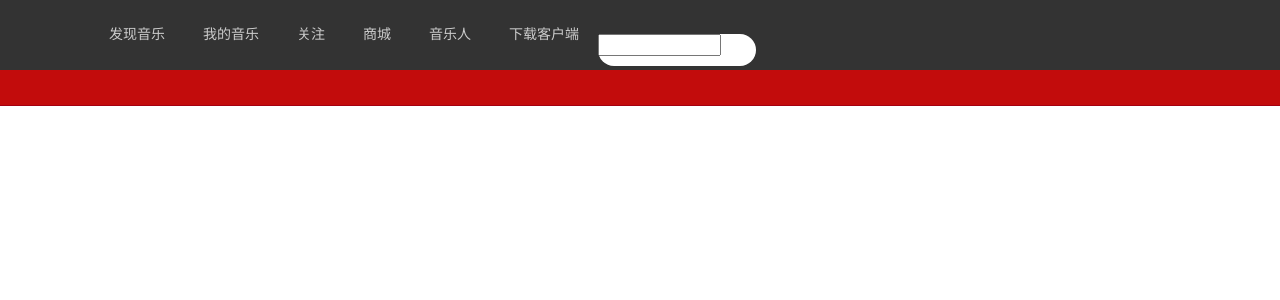
Repository: xtcgjk/-
Page: /
The author's editor kept a copy of each file at every save. The page is drawn from the files as they stood at one save, then again after the next save.
The browser window is 1280 px wide. The pictures show the whole page.
The project was rebuilt for these pictures with package versions that can differ from the ones it lists, and the page was loaded fresh each time.

Above is the page before, as saved 2022-02-23 16:27:36.

### index.html
<!DOCTYPE html>
<html>
  <head>
    <meta charset="utf-8" />
    <meta name="viewport" content="width=device-width,initial-scale=1.0" />
    <title>vue-music</title>
  </head>
  <body>
    <div id="app"></div>
    <!-- built files will be auto injected -->
  </body>
</html>
<style>
  body {
    margin: 0;
    padding: 0;
  }
</style>

### src/main.js
// The Vue build version to load with the `import` command
// (runtime-only or standalone) has been set in webpack.base.conf with an alias.
import Vue from "vue";
import App from "./App";
import router from "./routers";
import http from "./axios/index";
import ElementUI from "element-ui";
import "element-ui/lib/theme-chalk/index.css";

Vue.use(ElementUI);
Vue.prototype.$http = http;

/* eslint-disable no-new */
new Vue({
  el: "#app",
  router,
  components: { App },
  template: "<App/>"
});

### src/App.vue
<template>
  <div id="app">
    <router-view></router-view>
  </div>
</template>

<script>
export default {
  name: "App",
  components: {},
};
</script>

<style>
/* #app {
  font-family: "Avenir", Helvetica, Arial, sans-serif;
  -webkit-font-smoothing: antialiased;
  -moz-osx-font-smoothing: grayscale;
  text-align: center;
  color: #2c3e50;
  margin-top: 60px;
} */
</style>

### src/routers/index.js
import Vue from "vue";
import VueRouter from "vue-router";
Vue.use(VueRouter);
const router = new VueRouter({
  mode: "history",
  routes: [
    {
      path: "/",
      redirect: "/music"
    },
    {
      path: "/music",
      component: () => import("@/views/music")
    }
  ]
});

export default router;

### src/axios/index.js
function http(userOptions) {
  console.log("成功了");
}

### src/views/music/index.vue
<template>
  <div id="container">
    <div></div>
    <Header />
    <Header2 />
  </div>
</template>

<script>
import Header from "../../components/header";
import Header2 from "../../components/header2";
export default {
  components: {
    Header,
    Header2,
  },
};
</script>
<style scoped>
</style>

### src/components/header/index.vue
<template>
  <div id="wrapper">
    <div id="header">
      <router-link to="">发现音乐</router-link>
      <router-link to="">我的音乐</router-link>
      <router-link to="">关注</router-link>
      <router-link to="">商城</router-link>
      <router-link to="">音乐人</router-link>
      <router-link to="">下载客户端</router-link>
      <div id="search">
        <input type="text" style="width: 115px; height: 16px" />
      </div>
    </div>
  </div>
</template>

<script>
export default {
  name: "Header",
  data() {
    return {};
  },
};
</script>
<style scoped>
#wrapper {
  background-color: #333;
}
#header {
  width: 1100px;
  height: 70px;
  background-color: #333;
  margin: auto;
}
a {
  text-decoration: none;
  color: #ccc;
  font-style: normal;
  font-size: 14px;
  height: 70px;
  line-height: 70px;
  display: inline-block;
  padding: 0 19px;
}
#search {
  width: 158px;
  height: 32px;
  background-color: #fff;
  border-radius: 32px;
  display: inline-block;
  position: relative;
  top: 10px;
}
</style>

### src/components/header2/index.vue
<template>
  <div id="header2"></div>
</template>
<script>
export default {
  name: "Header2",
  data() {
    return {};
  },
};
</script>
<style scoped>
#header2 {
  height: 35px;
  background-color: #c20c0c;
  border-bottom: 1px solid #a40011;
}
</style>

After the next save:
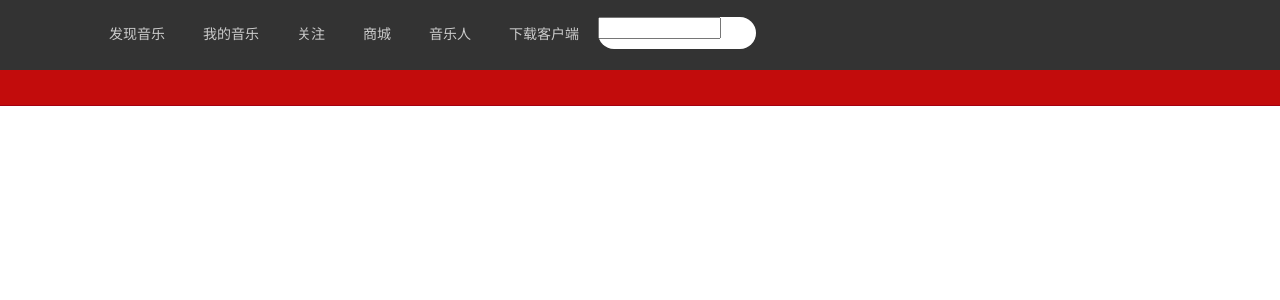
Saved 40 s later.
--- a/src/components/header/index.vue
+++ b/src/components/header/index.vue
@@ -8,7 +8,10 @@
       <router-link to="">音乐人</router-link>
       <router-link to="">下载客户端</router-link>
       <div id="search">
-        <input type="text" style="width: 115px; height: 16px" />
+        <input
+          type="text"
+          style="width: 115px; height: 16px; position: absolute"
+        />
       </div>
     </div>
   </div>
